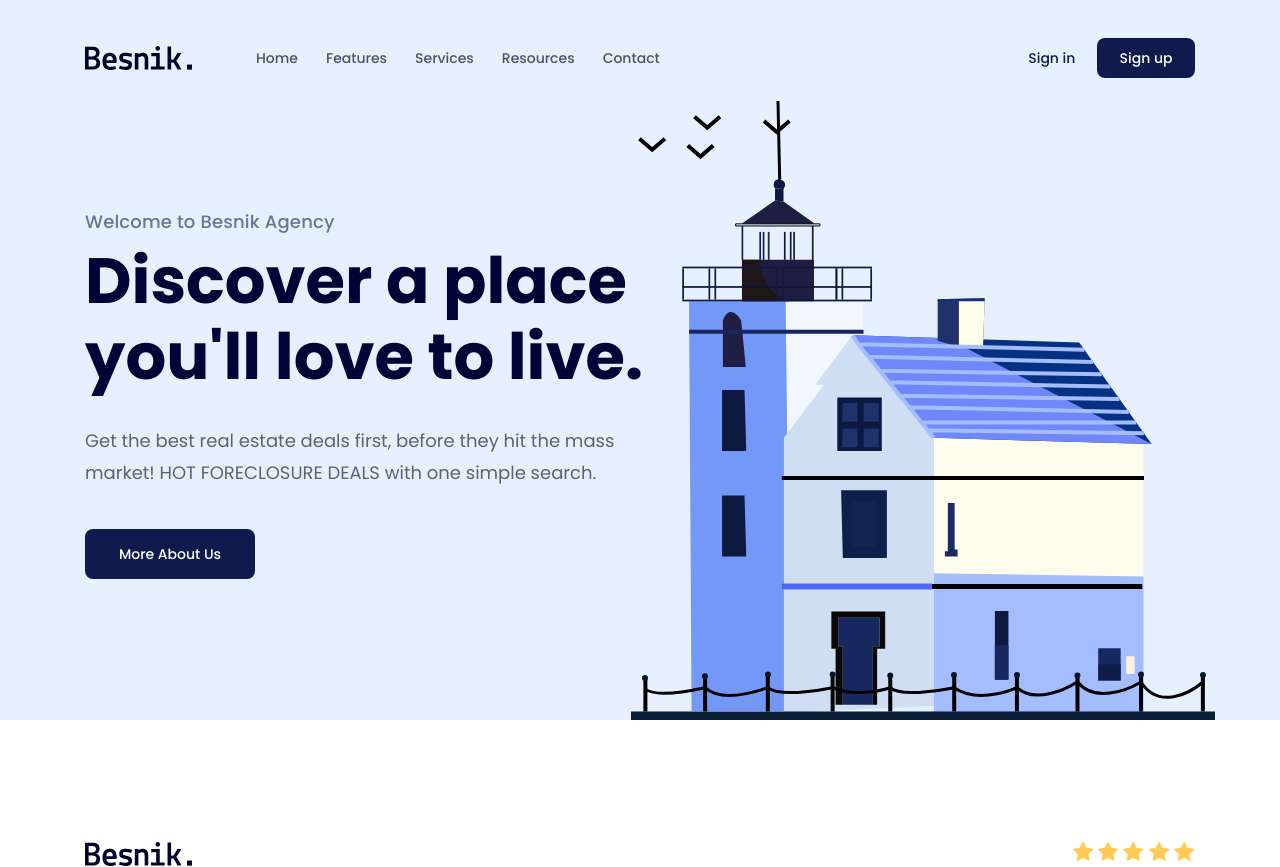
Repository: Tctiensk/f8-htmlcss-01
Page: index.html
An editor plug-in stored every save of this project. The page is shown before and after the next save, followed by the edit.
The browser window is 1280 px wide. The pictures show the whole page.

Above is the page before, as saved 2022-12-01 03:00:59.

### index.html
<!DOCTYPE html>
<html lang="en">
    <head>
        <meta charset="UTF-8" />
        <meta http-equiv="X-UA-Compatible" content="IE=edge" />
        <meta name="viewport" content="width=device-width, initial-scale=1.0" />
        <title>F8 PROJECT 01</title>
        <link rel="stylesheet" href="./assets/css/reset.css" />
        <link rel="stylesheet" href="./assets/fonts/stylesheet.css" />
        <link rel="stylesheet" href="./assets/css/style.css" />
    </head>

    <body>
        <main>
            <!-- header -->
            <header class="header">
                <div class="content">
                    <nav class="navbar">
                        <!-- logo -->
                        <img src="./assets/img/Logo.svg" alt="Besnik." />
                        <!-- navigation -->
                        <ul>
                            <li><a href="#!">Home</a></li>
                            <li><a href="#!">Features</a></li>
                            <li><a href="#!">Services</a></li>
                            <li><a href="#!">Resources</a></li>
                            <li><a href="#!">Contact</a></li>
                        </ul>

                        <!-- action -->
                        <div class="action">
                            <a href="" class="action-link">Sign in </a>
                            <a href="" class="btn action-btn">Sign up </a>
                        </div>
                    </nav>

                    <div class="hero">
                        <div class="info">
                            <p class="sub-title">Welcome to Besnik Agency</p>
                            <h1 class="title">
                                Discover a place you'll love to live.
                            </h1>
                            <p class="desc">
                                Get the best real estate deals first, before
                                they hit the mass market! HOT FORECLOSURE DEALS
                                with one simple search.
                            </p>
                            <a href="#!" class="btn hero-cta">More About Us</a>
                        </div>
                        <img
                            src="./assets/img/house illustration.svg"
                            alt="Discover a place you'll love to live."
                            class="hero-img"
                        />
                    </div>
                </div>
            </header>
            <div class="clients">
                <div class="content">
                    <div class="row">
                        <!-- logo -->
                        <img src="./assets/img/Logo.svg" alt="Besnik." />

                        <!-- Stars -->
                        <div class="stars">
                            <img src="./assets/img/Vector.svg" alt="Star" />
                            <img src="./assets/img/Vector.svg" alt="Star" />
                            <img src="./assets/img/Vector.svg" alt="Star" />
                            <img src="./assets/img/Vector.svg" alt="Star" />
                            <img src="./assets/img/Vector.svg" alt="Star" />
                        </div>
                    </div>
                </div>
            </div>
        </main>
    </body>
</html>

### assets/fonts/stylesheet.css
@font-face {
    font-family: "Poppins";
    src: url("Poppins/Poppins-BoldItalic.woff2") format("woff2"),
        url("Poppins/Poppins-BoldItalic.woff") format("woff");
    font-weight: bold;
    font-style: italic;
    font-display: swap;
}

@font-face {
    font-family: "Poppins";
    src: url("Poppins/Poppins-ExtraBold.woff2") format("woff2"),
        url("Poppins/Poppins-ExtraBold.woff") format("woff");
    font-weight: bold;
    font-style: normal;
    font-display: swap;
}

@font-face {
    font-family: "Poppins";
    src: url("Poppins/Poppins-BlackItalic.woff2") format("woff2"),
        url("Poppins/Poppins-BlackItalic.woff") format("woff");
    font-weight: 900;
    font-style: italic;
    font-display: swap;
}

@font-face {
    font-family: "Poppins";
    src: url("Poppins/Poppins-ExtraBoldItalic.woff2") format("woff2"),
        url("Poppins/Poppins-ExtraBoldItalic.woff") format("woff");
    font-weight: bold;
    font-style: italic;
    font-display: swap;
}

@font-face {
    font-family: "Poppins";
    src: url("Poppins/Poppins-Bold.woff2") format("woff2"),
        url("Poppins/Poppins-Bold.woff") format("woff");
    font-weight: bold;
    font-style: normal;
    font-display: swap;
}

@font-face {
    font-family: "Poppins";
    src: url("Poppins/Poppins-Black.woff2") format("woff2"),
        url("Poppins/Poppins-Black.woff") format("woff");
    font-weight: 900;
    font-style: normal;
    font-display: swap;
}

@font-face {
    font-family: "Poppins";
    src: url("Poppins/Poppins-LightItalic.woff2") format("woff2"),
        url("Poppins/Poppins-LightItalic.woff") format("woff");
    font-weight: 300;
    font-style: italic;
    font-display: swap;
}

@font-face {
    font-family: "Poppins";
    src: url("Poppins/Poppins-Medium.woff2") format("woff2"),
        url("Poppins/Poppins-Medium.woff") format("woff");
    font-weight: 500;
    font-style: normal;
    font-display: swap;
}

@font-face {
    font-family: "Poppins";
    src: url("Poppins/Poppins-ExtraLightItalic.woff2") format("woff2"),
        url("Poppins/Poppins-ExtraLightItalic.woff") format("woff");
    font-weight: 200;
    font-style: italic;
    font-display: swap;
}

@font-face {
    font-family: "Poppins";
    src: url("Poppins/Poppins-Italic.woff2") format("woff2"),
        url("Poppins/Poppins-Italic.woff") format("woff");
    font-weight: normal;
    font-style: italic;
    font-display: swap;
}

@font-face {
    font-family: "Poppins";
    src: url("Poppins/Poppins-Light.woff2") format("woff2"),
        url("Poppins/Poppins-Light.woff") format("woff");
    font-weight: 300;
    font-style: normal;
    font-display: swap;
}

@font-face {
    font-family: "Poppins";
    src: url("Poppins/Poppins-ExtraLight.woff2") format("woff2"),
        url("Poppins/Poppins-ExtraLight.woff") format("woff");
    font-weight: 200;
    font-style: normal;
    font-display: swap;
}

@font-face {
    font-family: "Poppins";
    src: url("Poppins/Poppins-SemiBoldItalic.woff2") format("woff2"),
        url("Poppins/Poppins-SemiBoldItalic.woff") format("woff");
    font-weight: 600;
    font-style: italic;
    font-display: swap;
}

@font-face {
    font-family: "Poppins";
    src: url("Poppins/Poppins-Regular.woff2") format("woff2"),
        url("Poppins/Poppins-Regular.woff") format("woff");
    font-weight: normal;
    font-style: normal;
    font-display: swap;
}

@font-face {
    font-family: "Poppins";
    src: url("Poppins/Poppins-ThinItalic.woff2") format("woff2"),
        url("Poppins/Poppins-ThinItalic.woff") format("woff");
    font-weight: 100;
    font-style: italic;
    font-display: swap;
}
@font-face {
    font-family: "Poppins";
    src: url("Poppins/Poppins-MediumItalic.woff2") format("woff2"),
        url("Poppins/Poppins-MediumItalic.woff") format("woff");
    font-weight: 500;
    font-style: italic;
    font-display: swap;
}

@font-face {
    font-family: "Poppins";
    src: url("Poppins/Poppins-SemiBold.woff2") format("woff2"),
        url("Poppins/Poppins-SemiBold.woff") format("woff");
    font-weight: 600;
    font-style: normal;
    font-display: swap;
}

@font-face {
    font-family: "Poppins";
    src: url("Poppins/Poppins-Thin.woff2") format("woff2"),
        url("Poppins/Poppins-Thin.woff") format("woff");
    font-weight: 100;
    font-style: normal;
    font-display: swap;
}

### assets/css/style.css
* {
    box-sizing: border-box;
}

:root {
    --primary-color: #0f1b4c;
}
html {
    font-size: 62.5%;
}
body {
    font-size: 1.6rem;
    font-family: "Poppins", sans-serif;
}
/* common */
a {
    text-decoration: none;
}
.content {
    width: 1110px;
    max-width: calc(100% -48px);
    margin-left: auto;
    margin-right: auto;
}
/* ================= header [====================*/
.header {
    height: 100vh;
    background: #e6f0ff;
    position: relative;
}
.navbar {
    display: flex;
    align-items: center;
    padding-top: 38px;
}
.navbar ul {
    display: flex;
    margin-left: 50px;
}
.navbar .action {
    margin-left: auto;
}
.navbar ul a {
    font-weight: 500;
    font-size: 1.4rem;
    line-height: 21px;
    color: #4f5361;
    padding: 8px 1.4rem;
}
.navbar ul a:hover {
    text-decoration: underline;
}
.navbar .action-link {
    font-weight: 500;
    font-size: 1.4rem;
    line-height: 21px;
    color: var(--primary-color);
}
.btn {
    display: inline-block;
    min-width: 98px;
    padding: 18px 16px;
    background: var(--primary-color);
    border-radius: 8px;
    font-weight: 500;
    font-size: 1.4rem;
    text-align: center;
    color: #ffffff;
}
.btn:hover {
    opacity: 0.9;
}
.btn.hero-cta {
    min-width: 170px;
    margin-top: 40px;
}
.navbar .action-btn {
    padding: 13px 16px;
    margin-left: 18px;
}
.hero {
    margin-top: 130px;
}
.hero .sub-title {
    font-weight: 500;
    font-size: 1.8rem;
    line-height: 1.5;
    letter-spacing: 0.01em;
    color: #687691;
}
.hero .title {
    margin-top: 8px;
    font-weight: 700;
    font-size: 6.4rem;
    line-height: 1.19;
    color: #000336;
}
.hero .info {
    width: 51%;
}
.hero .desc {
    margin-top: 30px;
    font-weight: 400;
    font-size: 18px;
    line-height: 32px;
    color: #5a6473;
}
.hero-img {
    position: absolute;
    bottom: 0;
    right: 65px;
}
/* clients  */
.clients {
    margin-top: 122px;
}
.clients .row {
    display: flex;
    justify-content: space-between;
}

Loaded but not shown: assets/css/reset.css (common file)

After the next save:
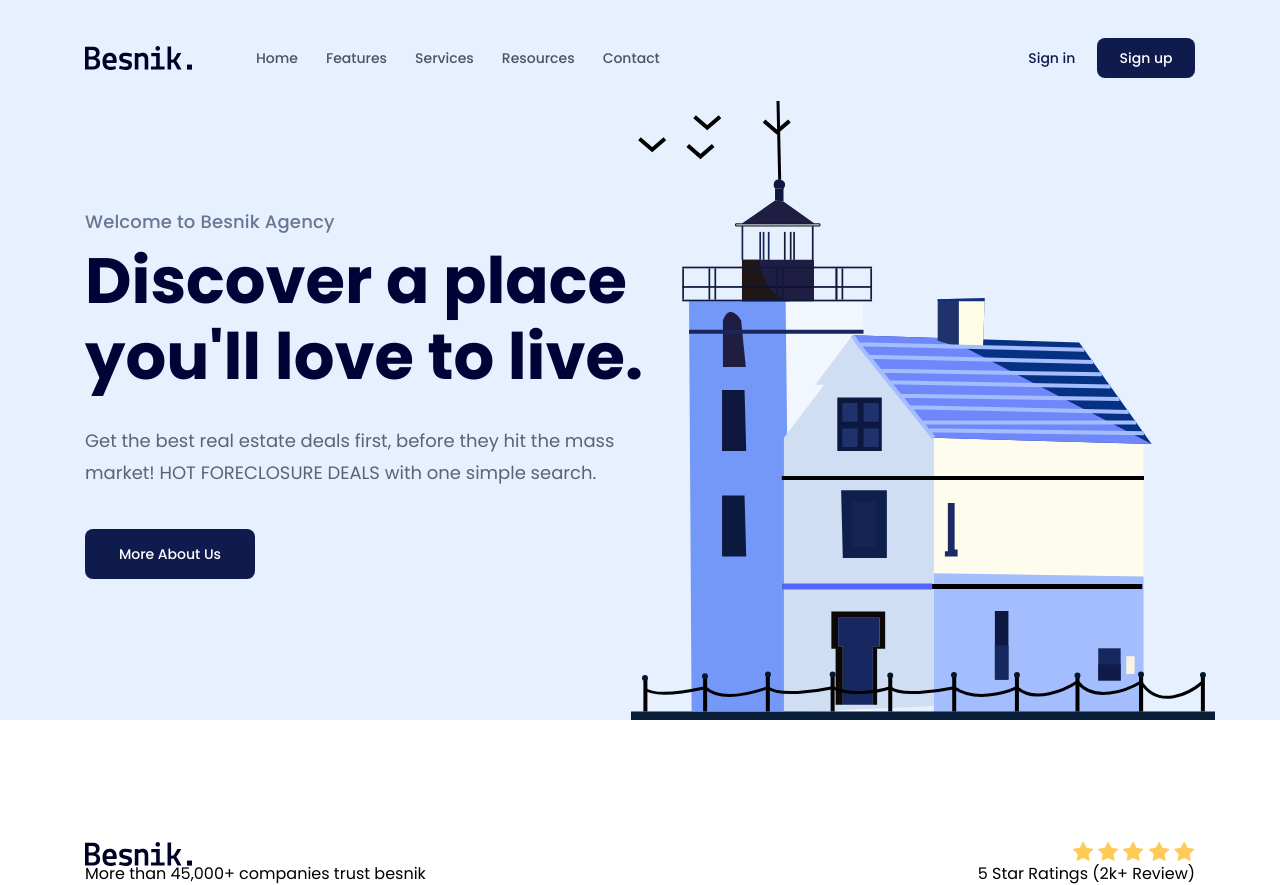
Saved 117 s later.
--- a/index.html
+++ b/index.html
@@ -70,6 +70,10 @@
                             <img src="./assets/img/Vector.svg" alt="Star" />
                         </div>
                     </div>
+                    <div class="row">
+                        <p>More than 45,000+ companies trust besnik</p>
+                        <p>5 Star Ratings (2k+ Review)</p>
+                    </div>
                 </div>
             </div>
         </main>
